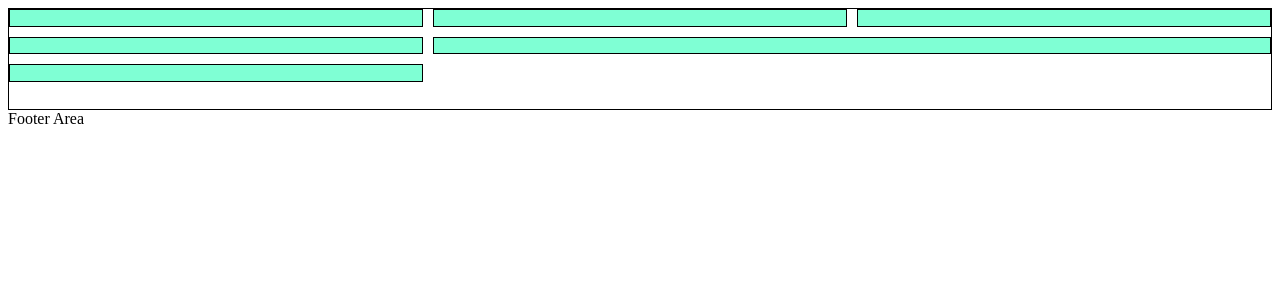
Repository: BwesewB/Brutalist-Website
Page: /
An editor plug-in stored every save of this project. The page is shown before and after the next save, followed by the edit.
The browser window is 1280 px wide. The pictures show the whole page.
The project was rebuilt for these pictures with package versions that can differ from the ones it lists, and the page was loaded fresh each time. The framework's server and built-in components were replaced by stand-ins that run in the browser. Also part of the build but not shown: next.config.mjs.

Above is the page before, as saved 2024-02-03 16:56:56.

### pages/index.js
import Head from "next/head";
import Image from "next/image";
import styles from "@/styles/Home.module.css";
import { useState } from "react";



export default function Home() {

  const[input,setInput] = useState();


  const classFilters = {
    1: 'Magician',
    2: 'Theif',
    4: 'Warrior',
    8: 'Bowman',
    16: 'Pirate',
    32: 'Nothing'
  }

const getClassStyle = flagValue => (input & flagValue) > 0 ? { backgroundColor: 'yellow'} : null;

  return (
    <>
      <Head>
        <title>Create Next App</title>
        <meta name="description" content="Generated by create next app" />
        <meta name="viewport" content="width=device-width, initial-scale=1" />
        <link rel="icon" href="/favicon.ico" />
      </Head>
      <main className={`${styles.main}`}>
      <div className={styles.titlePage}>
        <div className={styles.graphic}></div>
        <div className={styles.inputArea}></div>
      </div>
      <div className={styles.displayArea}>
        <div className={styles.posterOne}></div>
        <div className={styles.posterTwo}></div>
        <div className={styles.posterThree}></div>
        <div className={styles.posterFour}></div>
        <div className={styles.posterFive}></div>
        <div className={styles.posterSix}></div>
      </div>
      </main>
      <footer>
        Footer Area
      </footer>
    </>
  );
}

{/* <div class="inputArea">
<input
id="input"
type="text"
placeholder="bitmask decimal value"
value={input}
onChange={event => setInput(event.target.value)}
/>
</div>
<div class="posterArea" >                                                             need to change to posters
<table>
  <tbody>
    {
      Object.keys(classFilters).map(item => (
        <tr key={item} style={getClassStyle(item)}>
          <td>{item}</td>
          <td>{classFilters[item]}</td>
        </tr>
      ))
    }
  </tbody>
</table>
</div> */}

### styles/globals.css
:root{

}

### styles/Home.module.css
.main {
}

/* <div class="titlePage">
<div class="graphic"></div>
<div class="inputArea"></div>
</div>
<div class="displayArea">
<div class="posterOne"></div>
<div class="posterTwo"></div>
<div class="posterThree"></div>
<div class="posterFour"></div>
<div class="posterFive"></div>
<div class="posterSix"></div>
</div> */

.titlePage{

}
.graphic{

}
.inputArea{

}

.displayArea {
  display: grid;
  grid-template-columns: repeat(3, 1fr);
  grid-template-rows: repeat(4, 1fr);
  gap: 10px;
  border: 1px solid black;
  height:100px;
}

.posterOne,
.posterTwo,
.posterThree,
.posterFour,
.posterFive,
.posterSix {
  background-color: aquamarine;
  border: 1px solid black;
}

.posterTwo{
  grid-column: 2/4;
  grid-row: 2/3;
}

Loaded but not shown: pages/_app.js (common file); pages/_document.js (common file)

After the next save:
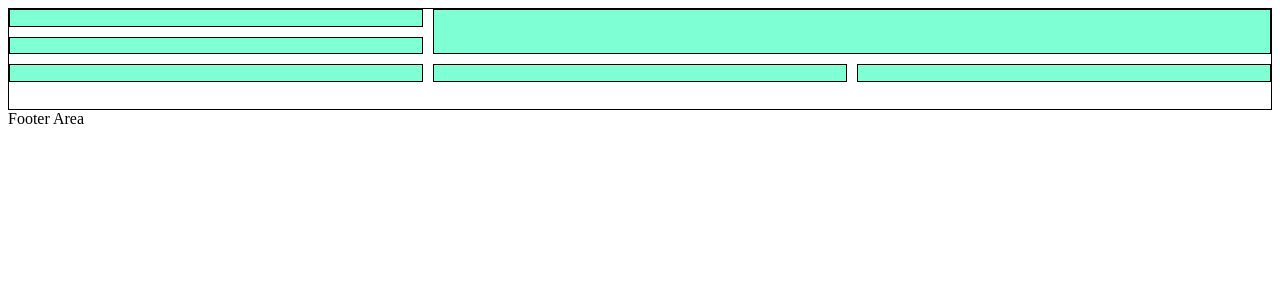
Saved 5 s later.
--- a/styles/Home.module.css
+++ b/styles/Home.module.css
@@ -45,5 +45,5 @@
 
 .posterTwo{
   grid-column: 2/4;
-  grid-row: 2/3;
+  grid-row: 1/3;
 }
